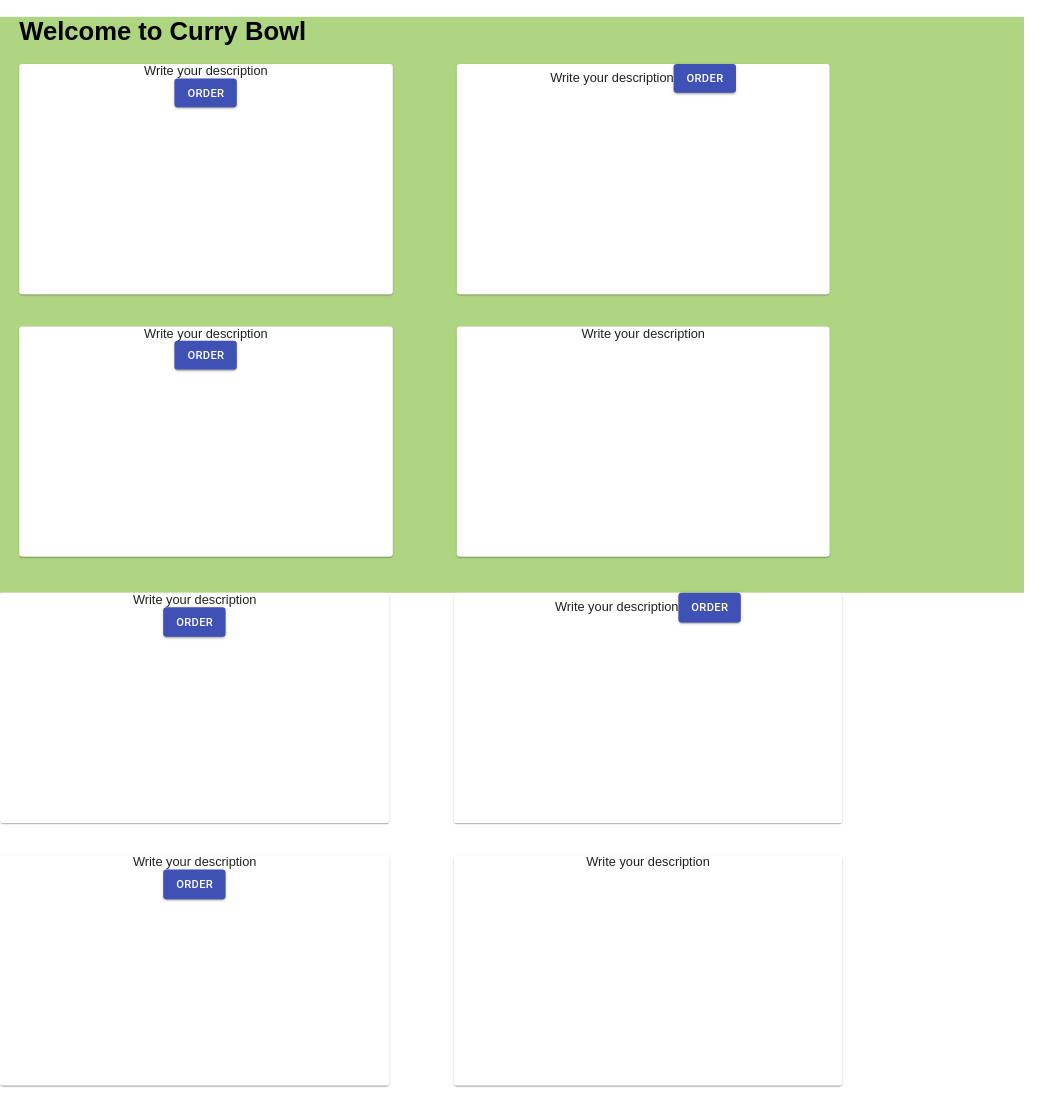
Repository: appikonda/food-order
Page: /
These files come from the project's save history. The page is drawn as it stood at one moment and after the next save; the edit follows.
The browser window is 1280 px wide. The page is 1320 px wide, then 1296 px, so the pictures cover 1320 px, including what lies to the right of the window. The pictures show the whole page, at 80% of full size.
The project was rebuilt for these pictures with package versions that can differ from the ones it lists, and the page was loaded fresh each time. Also part of the build but not shown: webpack.config.js, src/App.css.

Above is the page before, as saved 2019-08-15 17:32:47.

After the next save:
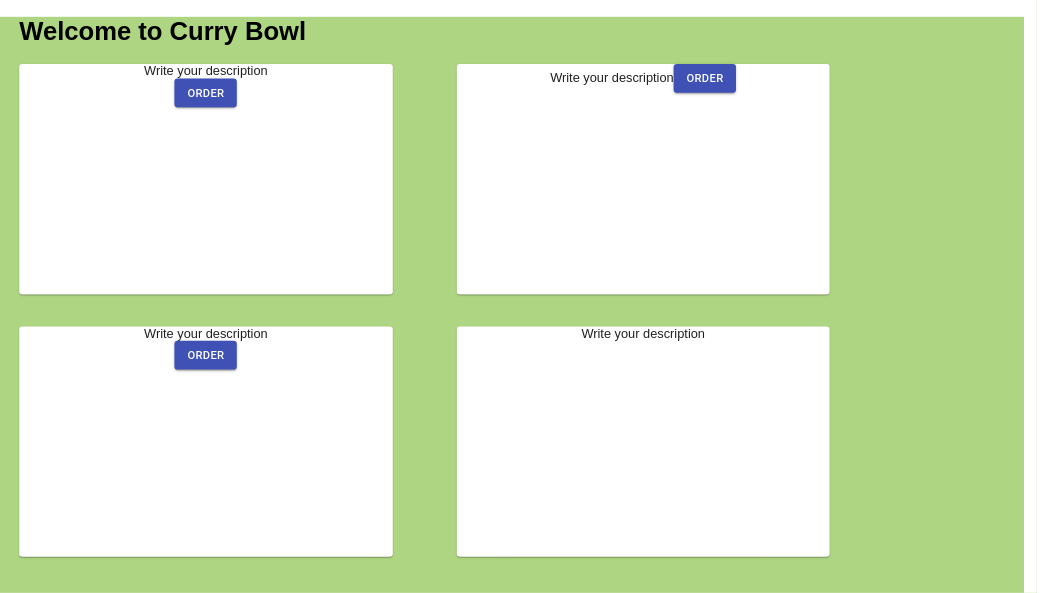
Saved 36 s later.
--- a/src/OrderFood.jsx
+++ b/src/OrderFood.jsx
@@ -27,15 +27,8 @@ class OrderFood extends Component {
       <Container  fixed style={{ backgroundColor: '#aed581', height: '100vh' }}>
       <h1>Welcome to Curry Bowl</h1>
       {this.renderGridOptions()}
-
-
-
       </Container>
-      {this.renderGridOptions()}
-
-
-
-      </div>
+        </div>
     );
   }
 //One for biryani orders // 6.99
